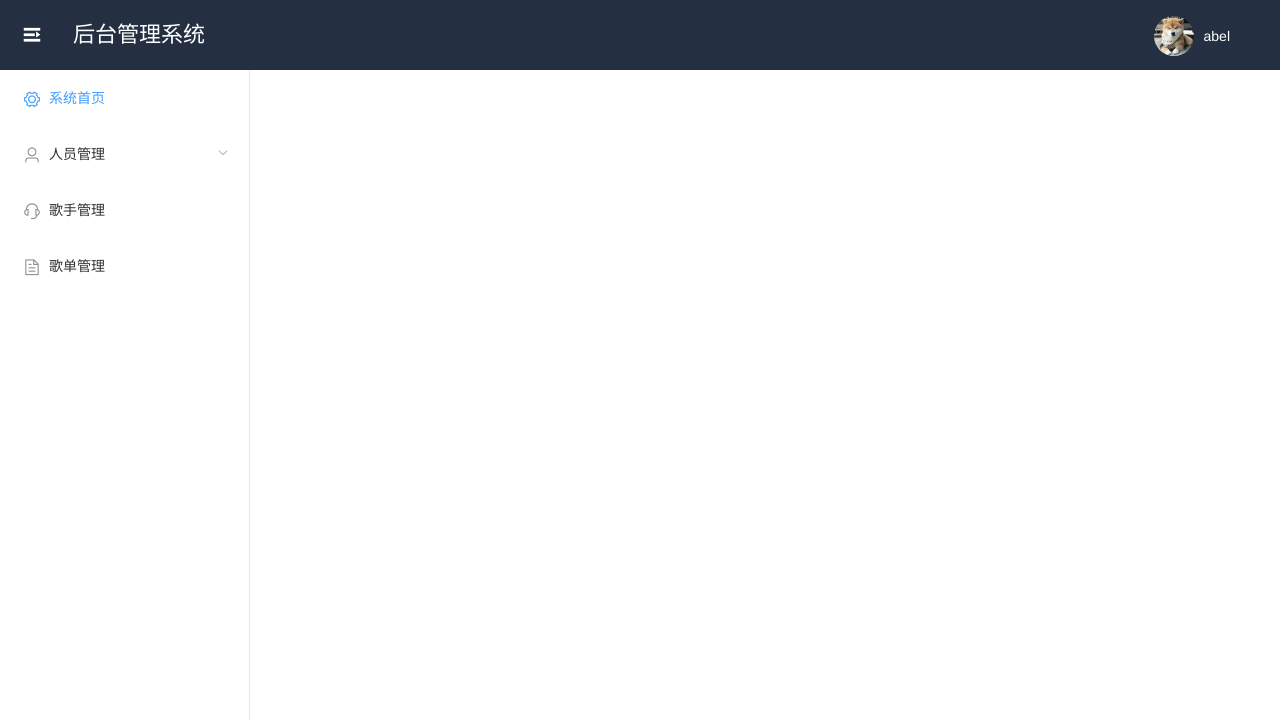
Repository: abel-chai/music-player
Page: /#/Home (app in music-player-manager/)
These files come from the project's save history. The page is drawn as it stood at one moment and after a run of saves; the edit follows.
The browser window is 1280 px wide. The pictures show the whole page.
The project was rebuilt for these pictures with package versions that can differ from the ones it lists, and the page was loaded fresh each time. Also part of the build but not shown: music-player-manager/vue.config.js, music-player-manager/src/pages/Login.vue, music-player-manager/src/pages/Info.vue, music-player-manager/src/pages/Client.vue, music-player-manager/src/pages/Admin.vue, music-player-manager/src/pages/Singer.vue, music-player-manager/src/pages/Sheet.vue.

Above is the page before, as saved 2022-10-25 00:10:35.

### music-player-manager/index.html
<!DOCTYPE html>
<html>
  <head>
    <meta charset="utf-8">
    <meta name="viewport" content="width=device-width,initial-scale=1.0">
    <meta name="keywords" content="vue.js, wms, vue2, 后台模板, 管理系统, element" />
    <meta name="description" content="基于Vue2 + Element UI 的后台管理系统解决方案" />
    <title>music-player</title>
  </head>
  <body>
    <div id="app"></div>
    <!-- built files will be auto injected -->
  </body>
</html>

### music-player-manager/src/main.js
// The Vue build version to load with the `import` command
// (runtime-only or standalone) has been set in webpack.base.conf with an alias.
import Vue from 'vue'
import App from './App'
import router from './router'
import ElementUI from 'element-ui'
import 'element-ui/lib/theme-chalk/index.css'
import store from './store/index'

Vue.config.productionTip = false

Vue.use(ElementUI);

/* eslint-disable no-new */
new Vue({
  el: '#app',
  router,
  store,
  render: h => h(App)
})

### music-player-manager/src/App.vue
<template>
  <div id="app">
    <router-view/>
  </div>
</template>

<script>
import "./assets/css/main.css"
import "./assets/css/color-dark.css"

export default {
  name: 'App'
}
</script>

### music-player-manager/src/router/index.js
import Vue from 'vue'
import Router from 'vue-router'

//引入路由组件
import Home from '../pages/Home'
import Login from '../pages/Login'
import Info from '../pages/Info'
import Client from '../pages/Client'
import Admin from '../pages/Admin'
import Singer from '../pages/Singer'
import Sheet from '../pages/Sheet'

Vue.use(Router)

export default new Router({
  routes: [
    {
      path: '/Home',
      component: Home,
      meta: { title: '主页' },
      children:[
        {
          path: 'Info',
          component: Info,
          meta: {title: '详情'}
        },
        {
          path: 'Client',
          component: Client,
          meta: { title: '用户管理' }
        },
        {
          path: 'Admin',
          component: Admin,
          meta: { title: '管理员管理' }
        },
        {
          path: 'Singer',
          component: Singer,
          meta: { title: '歌手管理' }
        },
        {
          path: 'Sheet',
          component: Sheet,
          meta: { title: '歌单管理' }
        }
      ]
    },
    {
      path: '/',
      component: Login,
      meta: { title: '登录' }
    }
  ]
})

### music-player-manager/src/store/index.js
import Vue from 'vue'
import Vuex from 'vuex'

Vue.use(Vuex)

const actions = {}

const mutations = {}

const state = {
    isCollapse: false
}

export default new Vuex.Store({
    actions,
    mutations,
    state
})

### music-player-manager/src/assets/css/main.css
*{margin:0;padding:0;}
html,body,#app,.wrapper{
    width:100%;
    height:100%;
    overflow: hidden;
}
body{
    font-family:"Helvetica Neue",Helvetica, "microsoft yahei", arial, STHeiTi, sans-serif;
}
a{text-decoration: none}
.content{
    background: none repeat scroll 0 0 #fff;
    position: absolute;
    left: 250px;
    right: 0;
    top: 70px;
    bottom:0;
    width: auto;
    padding:40px;
    box-sizing: border-box;
    overflow-y: scroll;
}
.crumbs{
    margin-bottom: 20px;
}
.pagination{
    margin: 20px 0;
    text-align: right;
}
.plugins-tips{
    padding:20px 10px;
    margin-bottom: 20px;
}
.el-button+.el-tooltip {
    margin-left: 10px;
}

.el-table tr:hover{
    background: #f6faff;
}
.mgb20{
    margin-bottom: 20px;
}

.move-enter-active,.move-leave-active{
    transition: opacity .5s;
}
.move-enter,.move-leave{
    opacity: 0;
}
/*BaseForm*/
.form-box{
    width:600px;
}
.form-box .line{
    text-align: center;
}
.el-time-panel__content::after, .el-time-panel__content::before {
    margin-top: -7px;
}
/*Readme*/
.ms-doc .el-checkbox__input.is-disabled+.el-checkbox__label{
    color: #333;
    cursor: pointer;
}
/*Upload*/
.pure-button{
    width:150px;
    height:40px;
    line-height: 40px;
    text-align: center;
    color: #fff;
    border-radius: 3px;
}
.g-core-image-corp-container .info-aside{
    height:45px;
}
.el-upload--text {
    background-color: #fff;
    border: 1px dashed #d9d9d9;
    border-radius: 6px;
    box-sizing: border-box;
    width: 360px;
    height: 180px;
    text-align: center;
    cursor: pointer;
    position: relative;
    overflow: hidden;
}
.el-upload--text .el-icon-upload {
    font-size: 67px;
    color: #97a8be;
    margin: 40px 0 16px;
    line-height: 50px;
}
.el-upload--text {
    color: #97a8be;
    font-size: 14px;
    text-align: center;
}
.el-upload--text em {
    font-style: normal;
}
/*VueEditor*/
.ql-container{
    min-height: 400px;
}
.ql-snow .ql-tooltip{
    transform: translateX(117.5px) translateY(10px) !important;
}
.editor-btn{
    margin-top: 20px;
}

### music-player-manager/src/pages/Home.vue
<template>
  <div class="wrapper">
    <Top/>
    <Sidebar/>
    <div class="content">
      <transition name="move" mode="out-in"><router-view/></transition>
    </div>
  </div>
</template>

<script>
  import Top from '../components/Top.vue';
  import Sidebar from '../components/Sidebar.vue';

  export default {
    name: 'Home',
    components: { Top, Sidebar}
  }
</script>

<style scoped>
  .wrapper{
    width:100%;
    height:100%;
    overflow: hidden;
  }
  .content{
    background: none repeat scroll 0 0 #fff;
    position: absolute;
    left: 250px;
    right: 0;
    top: 70px;
    bottom:0;
    width: auto;
    padding:40px;
    box-sizing: border-box;
    overflow-y: scroll;
  }
</style>

### music-player-manager/src/components/Top.vue
<template>
  <div class="header">
    <div class="collapse-btn" @click="collapseChage">
      <i v-if="!collapse" class="el-icon-s-fold"/>
      <i v-else class="el-icon-s-unfold"/>
    </div>
    <div class="logo">后台管理系统</div>
    <div class="user-info">
      <el-dropdown trigger="click" @command="handleCommand">
        <span class="el-dropdown-link">
          <img class="user-logo" src="../assets/images/admin.png">
          {{username}}
        </span>
        <el-dropdown-menu slot="dropdown">
            <el-dropdown-item command="loginOut">退出</el-dropdown-item>
        </el-dropdown-menu>
      </el-dropdown>
    </div>
  </div>
</template>

<script>
  export default {
    name: 'Top',
    data() {
      return {
        name: 'abel',
        collapse: true
      }
    },
    computed:{
      username(){
        let username = localStorage.getItem('adminName');
        return username ? username : this.name;
      }
    },
    methods:{
      collapseChage(){
        this.collapse = !this.collapse
      },
      handleCommand(command) {
        if(command === 'loginOut'){
          localStorage.removeItem('adminName')
          this.$router.push('/');
        }
      }
    }
  }
</script>

<style scoped>
  .header {
        position: relative;
        box-sizing: border-box;
        width: 100%;
        height: 70px;
        font-size: 22px;
        line-height: 70px;
        color: #fff;
  }
  .header .logo {
    float: left;
    width:150px;
    text-align: center;
  }
  .collapse-btn {
    display: flex;
    justify-content: center;
    align-items: center;
    height: 100%;
    float: left;
    padding: 0 21px;
    cursor: pointer;
  }
  .user-info {
    float: right;
    padding-right: 50px;
    font-size: 16px;
    color: #fff;
  }
  .user-info .el-dropdown-link{
    position: relative;
    display: inline-block;
    padding-left: 50px;
    color: #fff;
    cursor: pointer;
    vertical-align: middle;
  }
  .user-info .user-logo{
    position: absolute;
    left:0;
    top:15px;
    width:40px;
    height:40px;
    border-radius: 50%;
  }
  .el-dropdown-menu__item{
    text-align: center;
  }
</style>

### music-player-manager/src/components/Sidebar.vue
<template>
  <div class="sidebar">
    <el-menu
    default-active="Info"
    class="el-menu-vertical-demo"
    theme="dark" unique-opened
    router
    :collapse="isCollapse"
    >
      <el-menu-item index="Info">
        <i class="el-icon-setting"/>系统首页
      </el-menu-item>
      <el-submenu index="User">
        <template slot="title"><i class="el-icon-user"/>人员管理</template>
        <el-menu-item index="Admin">管理员管理</el-menu-item>
        <el-menu-item index="Client">用户管理</el-menu-item>
      </el-submenu>
      <el-menu-item index="Singer">
        <i class="el-icon-service"/>歌手管理
      </el-menu-item>
      <el-menu-item index="Sheet">
        <i class="el-icon-document"/>歌单管理
      </el-menu-item>
    </el-menu>
  </div>
</template>

<script>
    import {mapState} from 'vuex'

  export default {
    name: 'Sidebar',
    computed:{
        ...mapState({})
    }
  }
</script>

<style scoped>
  .sidebar{
    display: block;
    position: absolute;
    width: 250px;
    left: 0;
    top: 70px;
    bottom:0;
    background: #2E363F;
  }
  .sidebar > ul {
    height:100%;
  }
</style>

Loaded but not shown: music-player-manager/src/assets/css/color-dark.css (common file)

After the next 2 saves:
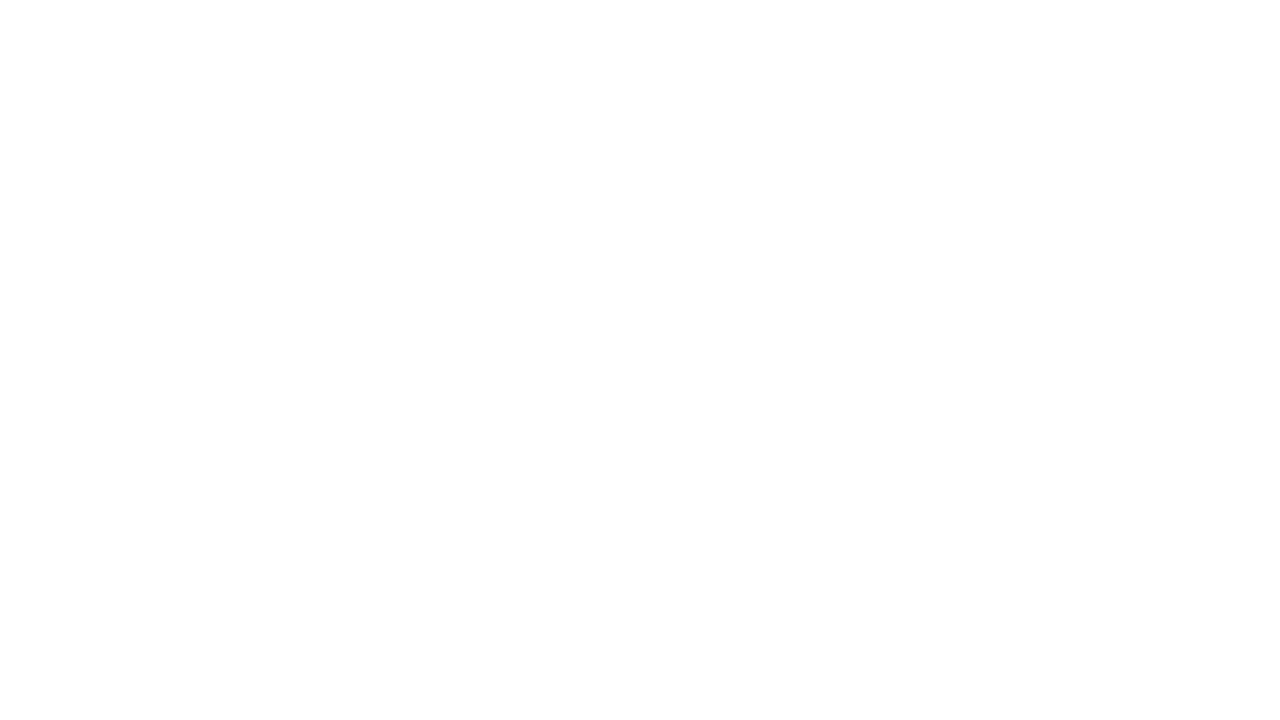
Console error: ReferenceError: isC is not defined
The 2 saves are shown as one change because they came seconds apart.
The last was saved 7 s later.
--- a/music-player-manager/src/components/Sidebar.vue
+++ b/music-player-manager/src/components/Sidebar.vue
@@ -31,7 +31,7 @@
   export default {
     name: 'Sidebar',
     computed:{
-        ...mapState({})
+        ...mapState({isC})
     }
   }
 </script>

After the 4 saves that followed:
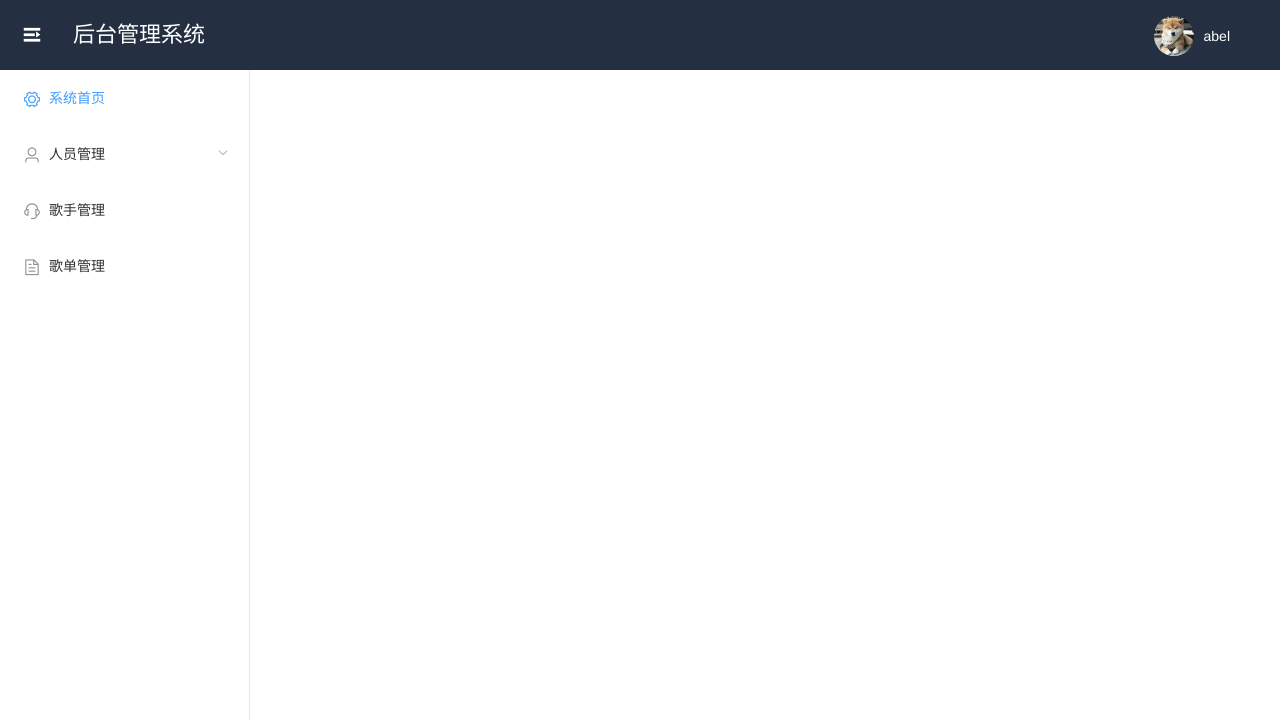
The error is gone.
The 4 saves are shown as one change because 2 left the picture as it was and some came seconds apart.
The last was saved 3 min 53 s later.
--- a/music-player-manager/src/components/Sidebar.vue
+++ b/music-player-manager/src/components/Sidebar.vue
@@ -31,7 +31,7 @@
   export default {
     name: 'Sidebar',
     computed:{
-        ...mapState({isC})
+        ...mapState({isCollapse:''}),
     }
   }
 </script>
